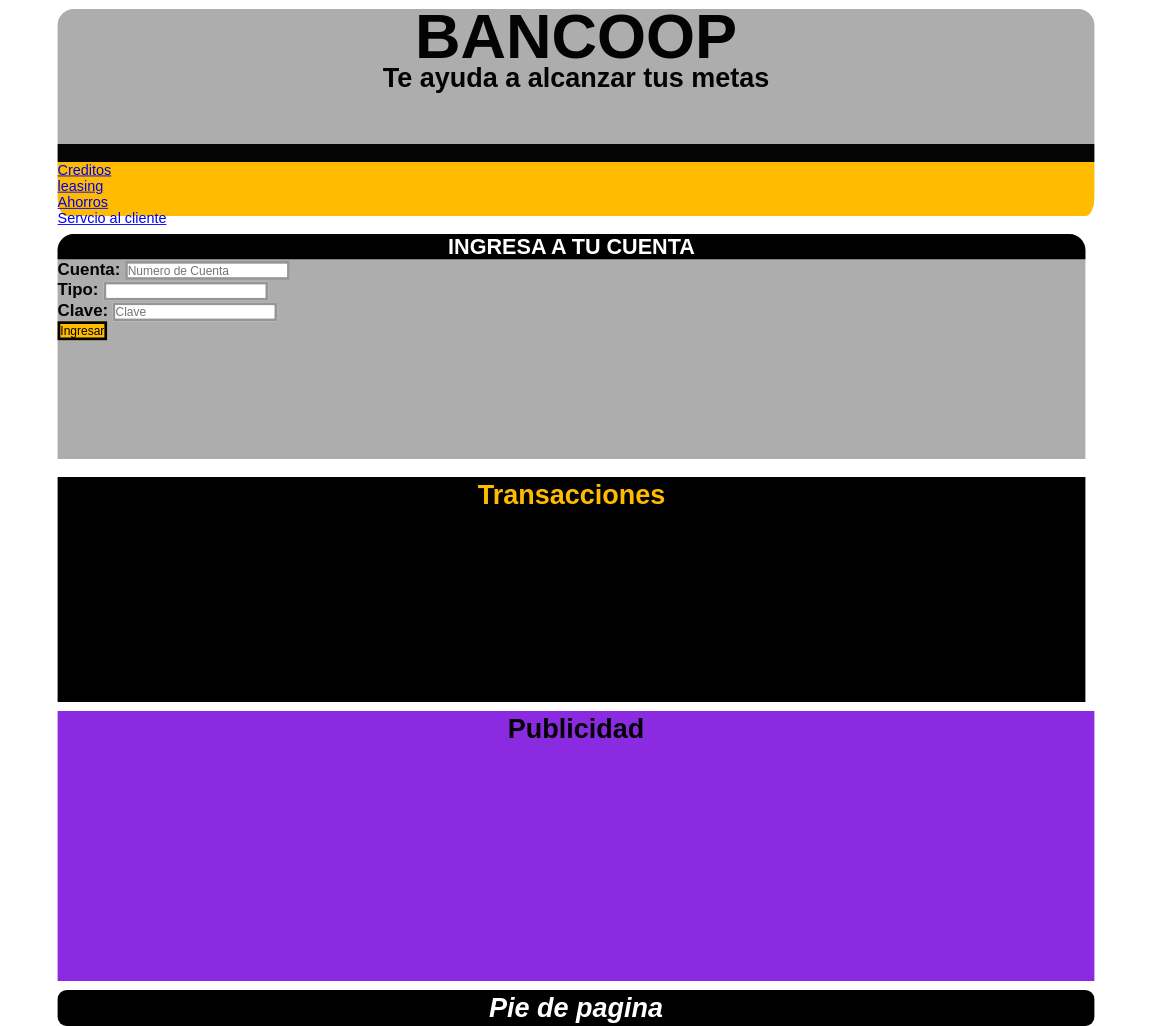
Repository: NickArregoces/BANCOOP
Page: Index.html
An editor plug-in stored every save of this project. The page is shown before and after the next save, followed by the edit.
The browser window is 1280 px wide. The pictures show the whole page, at 90% of full size.

Above is the page before, as saved 2021-09-29 17:55:35.

### Index.html
<!DOCTYPE html>
<html lang="en">
<head>
    <meta charset="UTF-8">
    <meta http-equiv="X-UA-Compatible" content="IE=edge">
    <meta name="viewport" content="width=device-width, initial-scale=1.0">
    <title>BANCOOP Home</title>
    <link rel="stylesheet" href="/CSS/Style.css">
</head>
<body>
    <div id="head">
        <header>
            <link rel="stylesheet" href="">
            <h1>BANCOOP</h1>
            <h3>Te ayuda a alcanzar tus metas</h3>
        </header>
        <nav class="barra">

        </nav>
        <ul class="menu">
            <li><a href="#">Creditos</a></li>
            <li><a href="#">leasing</a></li>
            <li><a href="#">Ahorros</a></li>
            <li><a href="#">Servcio al cliente</a></li>
        </ul>
    </div>

        <div id="Contenido">
            <div id="section">
                <form action="" class="login">
                    <h2 style="color: rgb(255, 255, 255);">INGRESA A TU CUENTA</h2>

                    <h3 >Cuenta:  <input type="number" placeholder="Numero de Cuenta"></h3>

                    <h3>Tipo: <input type="text"></h3>

                    <h3>Clave: <input type="password" placeholder="Clave"></h3>

                    <button class="sumbit"> Ingresar </button>
                </form>
                <article>
                    <h2 style="color: rgb(255, 187,0);">Transacciones</h2>
                </article>
            </div>

            <div id="Cuadros">
                <aside>
                    <h2>Publicidad</h2>
                 </aside>
            </div>

            </div>
                <div>
                    <footer>
                        <h2>Pie de pagina</h2>
                    </footer>
                </div>

</body>
</html>

### CSS/Style.css

*{
    margin: 0 auto;
    padding: 0px;
}
body{
    font-family: Arial, Helvetica, sans-serif;
    background: rgb(255, 255, 255);
    width: 90%;
    color: rgb(3, 3, 3);
}
header{
    width: 100%;
    margin-top: 10px;
    background: rgb(173, 173, 173);
    border-top-left-radius:  18px;
    border-top-right-radius:  18px;
    height: 150px;
}
    header h1{
        font-size: 70px;
        text-align: center;
        line-height: 60px;
    }
    header h3{
        font-size: 30px;
        text-align: center;

}
nav.barra{
    background: rgb(5, 5, 5);
    height: 20px;
}

ul.menu{
    border-bottom-left-radius: 10px 20px;
    border-bottom-right-radius: 10px 20px;
    background: rgb(255, 187, 0);
    height: 60px;
    list-style: none;
    padding: 0;
}


.section{
    width: 40%;
    float: left;

}
    form{
        background: rgb(173, 173, 173);
        border-top-left-radius: 18px;
        border-top-right-radius: 18px;
        margin-top: 20px;
        margin-right:10px;
        margin-bottom: 10px;
        height: 250px;
    }
        .login h2{
            text-align: center;
            background: black;
            border-top-left-radius: 18px;
            border-top-right-radius: 18px;
        }
        form input{
            border: solid rgb(149, 149, 149);
        }
        button{

            background-position: center;
            background: rgb(255, 187, 0);
            border: solid black;
        }

    article {
        height: 250px;
        background: rgb(0, 0, 0);
        margin-top: 20px;
        margin-right:10px;
        margin-bottom: 10px;
    }
        article h2{
            font-size: 30px;
            text-align: center;
            line-height: 40px;
        }


.punlicidad{
    width: 40%;
    float: right;
}
aside{
    width: 100%;
    height: 300px;
    background: blueviolet;
    margin-top: 10px;

    margin-bottom: 10px;
}
    aside h2{
        font-size: 30px;
        text-align: center;
        line-height: 40px;
    }


footer{
    background: black;
    clear: both;
    border-radius: 10px;
}
    footer h2{
        font-size: 30px;
        text-align: center;
        line-height: 40px;
        color: white;
        font-style:italic;
    }

After the next save:
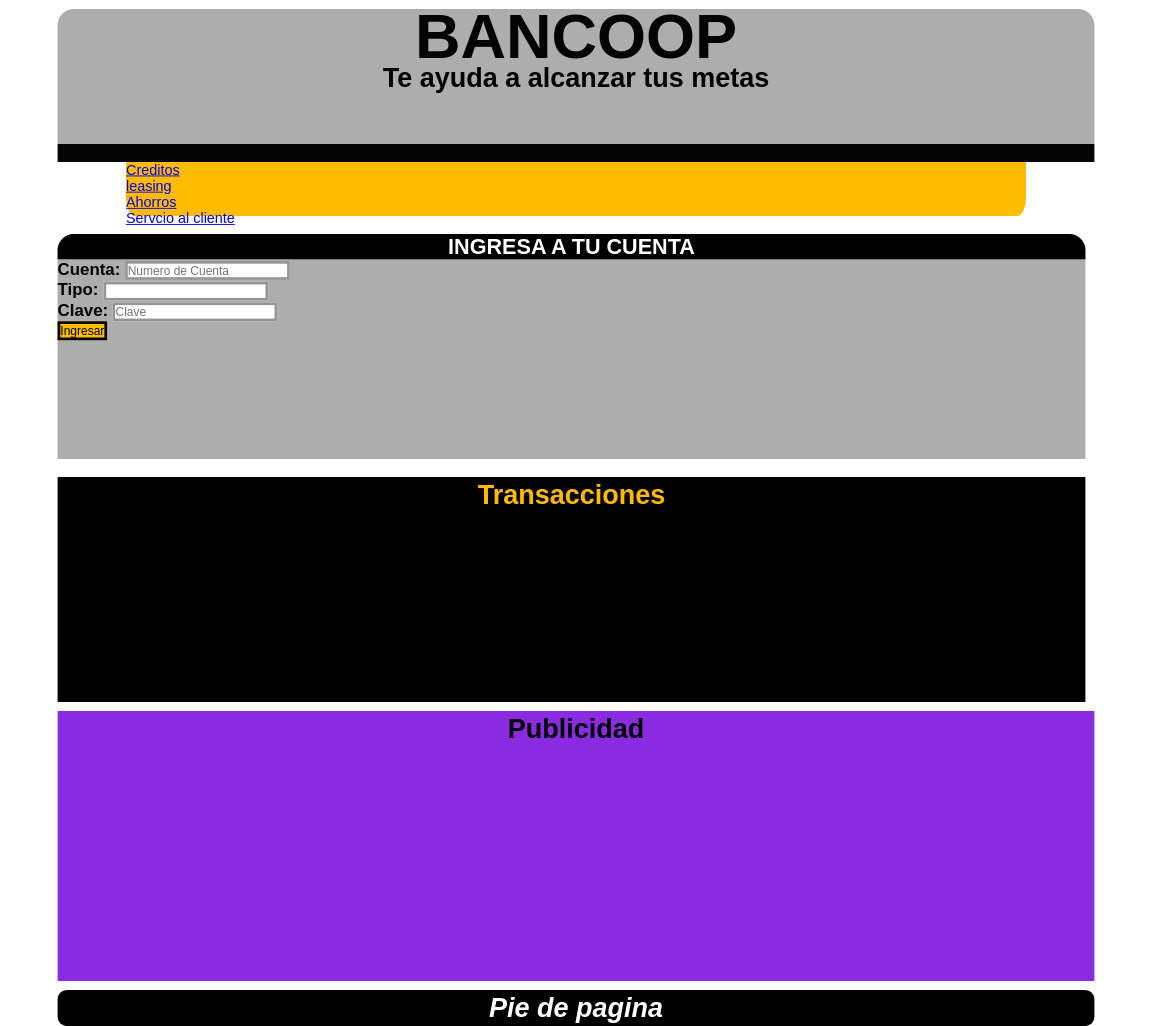
Saved 15 s later.
--- a/CSS/Style.css
+++ b/CSS/Style.css
@@ -39,6 +39,7 @@ ul.menu{
     height: 60px;
     list-style: none;
     padding: 0;
+    max-width: 1000px;
 }
 
 
